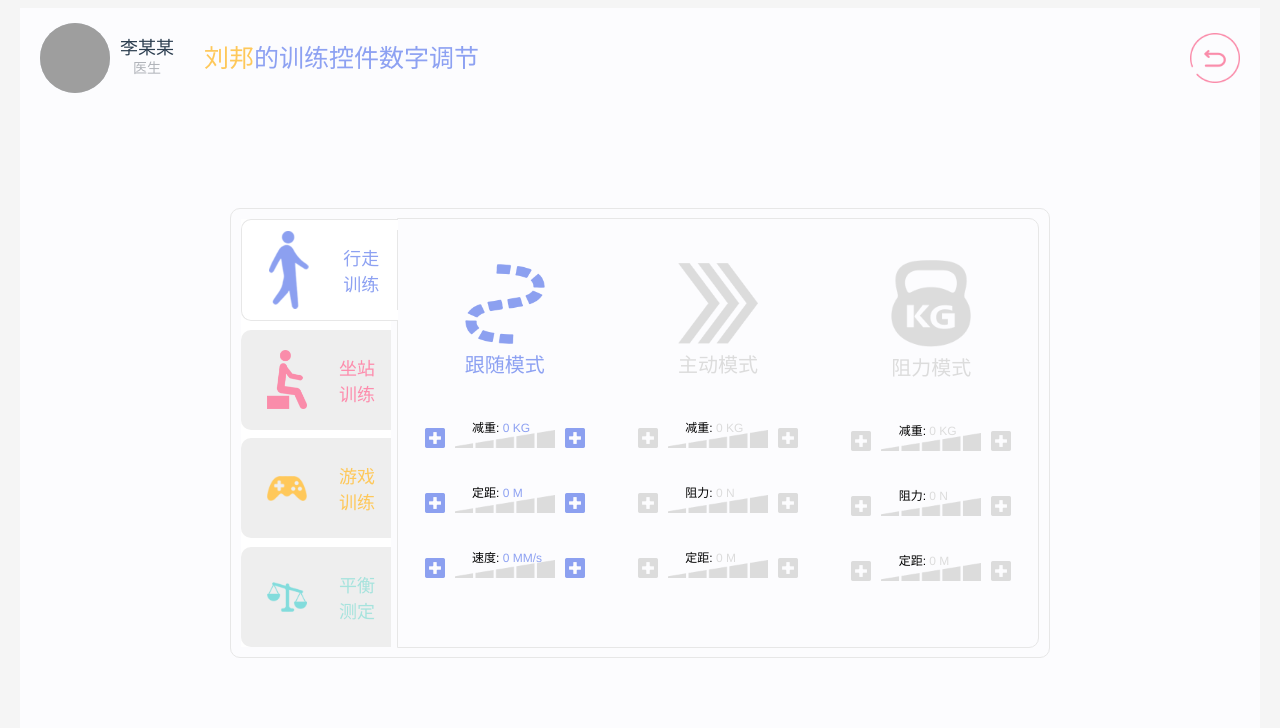
Repository: wangdanqing90/electron-vue-doctor
Page: /#/trainingAdjust
These files come from the project's save history. The page is drawn as it stood at one moment and after the next save; the edit follows.
The browser window is 1280 px wide. The pictures show the whole page.
Pictures or frames that could not be fetched are drawn as grey boxes. The project was rebuilt for these pictures with package versions that can differ from the ones it lists, and the page was loaded fresh each time. Also part of the build but not shown: vue.config.js, src/views/Home.vue, src/assets/styles/variable.scss, src/assets/styles/iconfont.css.

Above is the page before, as saved 2020-01-15 15:26:58.

### public/index.html
<!DOCTYPE html>
<html lang="en">
  <head>
    <meta charset="utf-8">
    <meta http-equiv="X-UA-Compatible" content="IE=edge">
    <meta name="viewport" content="width=device-width,initial-scale=1.0">
    <link rel="icon" href="<%= BASE_URL %>favicon.ico">
    <title>electron-vue-demo</title>
  </head>
  <body>
    <noscript>
      <strong>We're sorry but electron-vue-demo doesn't work properly without JavaScript enabled. Please enable it to continue.</strong>
    </noscript>
    <div id="app"></div>
    <!-- built files will be auto injected -->
  </body>
</html>

### src/App.vue
<template>
  <div id="app">
    <!-- <div id="nav">
      <router-link to="/">Home</router-link> |
      <router-link to="/about">About</router-link>
    </div>-->
    <keep-alive>
      <router-view v-if="$route.meta.keepAlive"></router-view>
    </keep-alive>
    <router-view v-if="!$route.meta.keepAlive"></router-view>
  </div>
</template>

<style lang="scss">
#app {
  font-family: "Avenir", Helvetica, Arial, sans-serif;
  -webkit-font-smoothing: antialiased;
  -moz-osx-font-smoothing: grayscale;
  text-align: center;
  color: #2c3e50;
  height: 100%;
}
#nav {
  padding: 30px;
  a {
    font-weight: bold;
    color: #2c3e50;
    &.router-link-exact-active {
      color: #42b983;
    }
  }
}
</style>

### src/assets/styles/base.scss
html {
  background: #f5f5f5;
  height: 100%;
}

body {
  height: 100%;
}

p {
  margin: 0;
  padding: 0;
}

ol,
ul {
  list-style: none;
  margin: 0;
  padding: 0;
}

a {
  cursor: pointer;
}

.wrap-white {
  background: #fff;
  padding-left: 20px;
  padding-right: 20px;
  overflow: hidden;

}

.el-breadcrumb {
  margin-bottom: 15px;
}

.el-titleText {
  font-size: 20px;
  color: black;
  height: 64px;
  line-height: 64px;
}

//::-webkit-scrollbar {
//  width: 5px;
//  height: 5px;
//}
//
//::-webkit-scrollbar:horizontal {
//  height: 15px;
//}
//
//::-webkit-scrollbar-track-piece:vertical {
//  background-color: rgba(0, 0, 0, 0.2);
//  -webkit-border-radius: 6px;
//}
//
//::-webkit-scrollbar-track:horizontal {
//  background-color: rgba(0, 0, 0, 0.2);
//}
//
//::-webkit-scrollbar-thumb:vertical {
//  height: 5px;
//  background-color: rgba(125, 125, 125, 0.7);
//  -webkit-border-radius: 6px;
//}
//
//::-webkit-scrollbar-thumb:horizontal {
//  width: 5px;
//  background-color: rgba(125, 125, 125, 0.7);
//}

input[type="text"],
input[type="number"] {
  //-webkit-appearance: none;
  background-color: #fff;
  border-radius: 4px;
  border: 1px solid #d8dce5;
  box-sizing: border-box;
  color: #5a5e66;
  display: inline-block;
  font-size: inherit;
  height: 40px;
  line-height: 1;
  outline: 0;
  padding: 0 15px;
  -webkit-transition: border-color .2s cubic-bezier(.645, .045, .355, 1);
  transition: border-color .2s cubic-bezier(.645, .045, .355, 1);
  width: 100%;

  &:hover {
    border-color: #b4bccc;
  }

  &:focus {
    border-color: #409EFF;
    outline: 0;
  }
}

/*滚动条*/
::-webkit-scrollbar {
  -webkit-appearance: none;
}

::-webkit-scrollbar:vertical {
  width: 10px;
}

::-webkit-scrollbar:horizontal {
  height: 10px;
}

::-webkit-scrollbar-thumb {
  background-color: rgba(0, 0, 0, .5);
  border-radius: 10px;
  border: 2px solid #ffffff;
}

::-webkit-scrollbar-track {
  border-radius: 10px;
  background-color: #ffffff;
}

/*margin*/
.margin-bottom-240 {
  margin-bottom: 240px;
}

.margin-top--10 {
  margin-top: -10px;
}

.margin-top--15 {
  margin-top: -15px;
}

.margin-top--18 {
  margin-top: -18px;
}

.margin-top--20 {
  margin-top: -20px;
}

.margin-top--40 {
  margin-top: -40px;
}

.margin-top--60 {
  margin-top: -60px;
}

.margin-top--80 {
  margin-top: -80px;
}

.margin-top--180 {
  margin-top: -180px;
}

.margin-top-0 {
  margin-top: 0px !important;
}

.margin-top-10 {
  margin-top: 10px;
}

.margin-top-15 {
  margin-top: 15px;
}

.margin-top-20 {
  margin-top: 20px;
}

.margin-top-25 {
  margin-top: 25px;
}

.margin-top-30 {
  margin-top: 30px;
}

.margin-top-35 {
  margin-top: 35px;
}

.margin-top-40 {
  margin-top: 40px;
}

.margin-top-46 {
  margin-top: 46px;
}

.margin-top-50 {
  margin-top: 50px;
}

.margin-top-60 {
  margin-top: 60px;
}

.margin-top-70 {
  margin-top: 70px;
}

.margin-top-80 {
  margin-top: 80px;
}

.margin-top-100 {
  margin-top: 100px;
}

.margin-bottom-0 {
  margin-bottom: 0px !important;
}

.margin-bottom-5 {
  margin-bottom: 5px;
}

.margin-bottom-10 {
  margin-bottom: 20px;
}

.margin-bottom-20 {
  margin-bottom: 20px;
}

.margin-bottom-25 {
  margin-bottom: 25px;
}

.margin-bottom-30 {
  margin-bottom: 30px;
}

.margin-bottom-40 {
  margin-bottom: 40px;
}

.margin-bottom-50 {
  margin-bottom: 50px;
}

.margin-bottom-60 {
  margin-bottom: 60px;
}

.margin-bottom-70 {
  margin-bottom: 70px;
}

.margin-left-0 {
  margin-left: 0px !important;
}

.margin-left-5 {
  margin-left: 5px;
}

.margin-left--15 {
  margin-left: -15px;
}

.margin-left--35 {
  margin-left: -35px;
}

.margin-left-10 {
  margin-left: 10px;
}

.margin-left-25 {
  margin-left: 25px;
}

.margin-left-30 {
  margin-left: 30px;
}

.margin-left-40 {
  margin-left: 40px;
}

.margin-right-0 {
  margin-right: 0px;
}

.margin-right-5 {
  margin-right: 5px;
}

.margin-right-10 {
  margin-right: 10px;
}

.margin-right-30 {
  margin-right: 30px;
}


.margin-right--15 {
  margin-right: -15px;
}

.margin-right--35 {
  margin-right: -35px;
}

.margin-right--50 {
  margin-right: -50px;
}

.margin-0 {
  margin: 0px;
}

.padding-top-5 {
  padding-top: 5px;
}

.padding-top-10 {
  padding-top: 10px;
}

.padding-top-15 {
  padding-top: 15px;
}

.padding-top-20 {
  padding-top: 20px;
}

.padding-top-26 {
  padding-top: 26px;
}

.padding-top-30 {
  padding-top: 30px;
}

.padding-top-35 {
  padding-top: 35px;
}

.padding-top-40 {
  padding-top: 40px;
}

.padding-top-60 {
  padding-top: 60px;
}

.padding-top-70 {
  padding-top: 70px;
}

.padding-top-100 {
  padding-top: 100px;
}

.padding-top-150 {
  padding-top: 150px;
}

.padding-top-250 {
  padding-top: 250px;
}

.padding-left-0 {
  padding-left: 0px;
}

.padding-left-5 {
  padding-left: 5px;
}

.padding-left-7 {
  padding-left: 7.5px;
}

.padding-left-10 {
  padding-left: 10px;
}

.padding-left-12 {
  padding-left: 12px;
}

.padding-left-15 {
  padding-left: 15px;
}

.padding-left-20 {
  padding-left: 20px;
}

.padding-left-24 {
  padding-left: 24px;
}

.padding-left-30 {
  padding-left: 30px;
}

.padding-left-40 {
  padding-left: 40px;
}

.padding-left-50 {
  padding-left: 50px;
}

.padding-left-70 {
  padding-left: 70px;
}

.padding-left-90 {
  padding-left: 90px;
}

.padding-bottom-5 {
  padding-bottom: 5px;
}

.padding-bottom-10 {
  padding-bottom: 10px;
}

.padding-bottom-20 {
  padding-bottom: 20px;
}

.padding-bottom-26 {
  padding-bottom: 26px;
}

.padding-bottom-30 {
  padding-bottom: 30px;
}

.padding-bottom-40 {
  padding-bottom: 40px;
}

.padding-bottom-50 {
  padding-bottom: 50px;
}

.padding-bottom-60 {
  padding-bottom: 60px;
}

.padding-bottom-100 {
  padding-bottom: 100px;
}

.padding-right-0 {
  padding-right: 0px;
}

.padding-right-7 {
  padding-right: 7.5px;
}

.padding-right-15 {
  padding-right: 15px;
}

.padding-right-30 {
  padding-right: 30px;
}

.padding-right-40 {
  padding-right: 40px;
}

.padding-right-50 {
  padding-right: 50px;
}

.padding-right-60 {
  padding-right: 60px;
}

.padding-right-90 {
  padding-right: 90px;
}

.padding-0 {
  padding: 0px !important;
}

.padding-15 {
  padding: 15px;
}

.padding-20 {
  padding: 20px;
}

@media (min-width: 992px) {
  .margin-left-15 {
    margin-left: 15px;
  }

  .margin-right-15 {
    margin-right: 15px;
  }
}

body {
  font-size: 12px;
  color: #7F8FA4;
  font-family: "Helvetica Neue", Helvetica, "PingFang SC", "Hiragino Sans GB", "Microsoft YaHei", "微软雅黑", Arial, sans-serif;
  box-sizing: border-box;
}

.container {
  width: 1200px;
  min-height: 100%;
  margin: 0 auto;
  background: #fcfcfe;
  padding: 0 20px;
}

.el-dialog__body {
  font-size: 12px;
}

.pb10 {
  padding-bottom: 10px;
}

.pb30 {
  padding-bottom: 30px;
}

.mb30 {
  margin-bottom: 30px;
}

.toolbar {
  background: #fff;
  padding: 10px;
  margin: 10px 0px;
  text-align: center;
}

.handleMoreWrap .el-dialog__body {
  padding: 10px;
}

.handleMore-title {
  text-align: center;
  padding-bottom: 6px;
}

.handleMoreHeight {
  max-height: 300px;
  overflow: hidden;
  overflow-y: auto;
  border-top: 1px solid #ddd;
  padding-top: 10px;
}

.el-table__header th {
  white-space: nowrap;
  font-size: 12px;
  font-weight: 100;
}

.content-wrapper {
  -webkit-overflow-scrolling: touch;
}

.center {
  text-align: center;
}

.text-right {
  text-align: right;
}

.text-left {
  text-align: left;
}

.f-left {
  float: left;
}

.f-right {
  float: right;
}

.hand {
  cursor: pointer;
}

/*flex兼容*/
.display_flex {
  display: -webkit-box;
  display: -ms-flexbox;
  display: -webkit-flex;
  display: flex;
}

// .display_flex>* {
//   display: block;
// }

.display_inline-flex {
  display: -webkit-inline-box;
  display: -ms-inline-flexbox;
  display: -webkit-inline-flex;
  display: inline-flex;
}

// .display_inline-flex>* {
//   display: block;
// }

/*伸缩流方向*/
.flex-direction_column {
  -webkit-box-orient: vertical;
  -ms-flex-direction: column;
  -webkit-flex-direction: column;
  flex-direction: column;
}

/*主轴对齐*/
.justify-content_flex-center {
  -webkit-box-pack: center;
  -ms-flex-pack: center;
  -webkit-justify-content: center;
  justify-content: center;
}

.justify-content_flex-start {
  -webkit-box-pack: start;
  -ms-flex-pack: start;
  -webkit-justify-content: flex-start;
  justify-content: flex-start;
}

.justify-content_flex-end {
  -webkit-box-pack: end;
  -ms-flex-pack: end;
  -webkit-justify-content: flex-end;
  justify-content: flex-end;
}

.justify-content_flex-justify {
  -webkit-box-pack: justify;
  -ms-flex-pack: justify;
  -webkit-justify-content: space-between;
  justify-content: space-between;
}

.justify-content_flex-around {
  -webkit-box-pack: justify;
  -ms-flex-pack: justify;
  -webkit-justify-content: space-around;
  justify-content: space-around;
}

/*侧轴对齐*/
.align-items_flex-start {
  -webkit-box-align: start;
  -ms-flex-align: start;
  -webkit-align-items: flex-start;
  align-items: flex-start;
}

.align-items_flex-end {
  -webkit-box-align: end;
  -ms-flex-align: end;
  -webkit-align-items: flex-end;
  align-items: flex-end;
}

.align-items_center {
  -webkit-box-align: center;
  -ms-flex-align: center;
  -webkit-align-items: center;
  align-items: center;
}

.align-items_baseline {
  -webkit-box-align: baseline;
  -ms-flex-align: baseline;
  -webkit-align-items: baseline;
  align-items: baseline;
}

/*伸缩性*/
.flex_auto {
  -webkit-box-flex: 1;
  -ms-flex: auto;
  -webkit-flex: auto;
  flex: auto;
}

.flex_1 {
  width: 0;
  -webkit-box-flex: 1;
  -ms-flex: 1;
  -webkit-flex: 1;
  flex: 1;
}

/*显示顺序*/
.order_2 {
  -webkit-box-ordinal-group: 2;
  -ms-flex-order: 2;
  -webkit-order: 2;
  order: 2;
}

.order_3 {
  -webkit-box-ordinal-group: 3;
  -ms-flex-order: 3;
  -webkit-order: 3;
  order: 3;
}

### src/assets/styles/common.scss
.clearfix {

  &::after {
    display: block;
    height: 0;
    content: ".";
    clear: both;
    visibility: hidden;
  }
}

.float-left {
  float: left;
}

.float-right {
  float: right;
}

.align-left {
  text-align: left;
}

.align-right {
  text-align: right;
}

.small-size {
  font-size: 12px !important;
}

.large-size {
  font-size: 16px !important;
}

.New-elFrom {
  padding: 10px;
  background: #fff;

  .el-form-item {
    margin-bottom: 0;
  }

  .el-form-item__label {
    padding: 0;
    line-height: 30px;
    font-size: 12px;
    color: #7F8FA4;

  }

  .el-form-item__content-btn {
    text-align: center;
    padding: 20px 0 10px;
  }

  .el-select {
    display: block;
  }

  .el-date-editor.el-input,
  .el-input-number--medium {
    width: 100%;
  }
}

.el-radio-group {
  display: flex;
  display: -webkit-flex;
}

.el-radio-group .el-radio-button {
  flex: 1;
}



.el-button.purple,
.el-button.purple:active,
.el-button.purple:focus,
.el-button.purple:hover {
  color: white;
  background-color: #8c69e7;
  border: none;
  box-shadow: 0 2px 12px 0 rgba(240, 240, 240, 0.1)
}



.el-dialog {
  border-radius: 10px;

  .el-dialog__body {
    .purple {
      color: $purpleFontColor;
      font-size: 20px;
    }
  }
}

.el-form-item__label {
  color: $purpleFontColor;
}

.el-message-box .el-message-box__content {
  color: $purpleFontColor;
  font-size: 20px;
  margin: 30px 0;
  text-align: center;
}

.purpleFontColor {
  color: $purpleFontColor;
}

.pinkFontColor {
  color: $pinkFontColor;
}

.greenFontColor {
  color: $greenFontColor;
}

.yellowFontColor {
  color: $yellowFontColor;
}

### src/views/TrainingAdjust/TrainingAdjust.vue
<template>
  <div class="container">
    <HeaderDoctor :leftImg="leftImg" :title="title" :titleName="titleName">
      <template v-slot:right>
        <div class="header-right-div display_flex justify-content_flex-center align-items_center">
          <img src="@/../images/back.png" @click="backClick" />
        </div>
      </template>
    </HeaderDoctor>

    <div class="inform-container">
      <div class="inform-inner display_flex justify-content_flex-justify align-items_center">
        <div
          class="left display_inline-flex flex-direction_column justify-content_flex-justify align-items_center"
        >
          <div
            class="left-inner"
            :class="activeClass == index ? 'active':''"
            v-for="(item,index) in tagList"
            :key="index"
            @click="getItem(index)"
          >
            <div
              class="left-inner-inner display_flex justify-content_flex-around align-items_center"
            >
              <img :src="item.imgsrc" />
              <div :class="item.colorClass">
                <div>{{item.name}}</div>
                <div>{{item.namebottom}}</div>
              </div>
            </div>
          </div>
        </div>
        <div class="right display_flex justify-content_flex-justify align-items_center">
          <AdjustContiner :type="1" :disable="activeRight!=1" @selectRightClick="selectRightClick"></AdjustContiner>
          <AdjustContiner :type="2" :disable="activeRight!=2" @selectRightClick="selectRightClick"></AdjustContiner>
          <AdjustContiner :type="3" :disable="activeRight!=3" @selectRightClick="selectRightClick"></AdjustContiner>
        </div>
      </div>
    </div>
  </div>
</template>

<script>
import HeaderDoctor from "@/components/HeaderDoctor/HeaderDoctor.vue";
import AdjustContiner from "@/components/Adjust/AdjustContiner.vue";

export default {
  name: "trainingPlan",
  components: {
    HeaderDoctor,
    AdjustContiner
  },

  data() {
    return {
      leftImg: "",
      activeClass: 0,
      activeRight: 1,
      tagList: [
        {
          name: "行走",
          namebottom: "训练",
          id: 1,
          imgsrc: require("@/../images/walkingtraining.png"),
          colorClass: "purpleFontColor"
        },
        {
          name: "坐站",
          namebottom: "训练",
          id: 2,
          imgsrc: require("@/../images/stationtraining.png"),
          colorClass: "pinkFontColor"
        },
        {
          name: "游戏",
          namebottom: "训练",
          id: 3,
          imgsrc: require("@/../images/gametraining.png"),
          colorClass: "yellowFontColor"
        },
        {
          name: "平衡",
          namebottom: "测定",
          id: 4,
          imgsrc: require("@/../images/balancedetermination.png"),
          colorClass: "greenFontColor"
        }
      ]
    };
  },
  created() {
    this.leftImg = require("../../../images/logo.png");
    this.title = "的训练控件数字调节";
    this.titleName = "刘邦";
  },
  methods: {
    backClick() {
      this.$router.go(-1);
    },
    getItem(index) {
      this.activeClass = index; // 把当前点击元素的index，赋值给activeClass
    },
    selectRightClick(index) {
      this.activeRight = index;
    }
  },
  watch: {}
};
</script>

<style scoped lang="scss">
.header {
  .header-right {
    img {
      width: 50px;
      margin-left: 20px;
    }
  }
}
.inform-container {
  box-sizing: border-box;
  margin: 100px auto;
  height: 450px;
  font-size: 12px;
  border-radius: 10px;
  border: 1px solid #e7e7e7;
  width: 820px;

  .inform-inner {
    box-sizing: border-box;
    padding: 10px;
    height: 100%;
    font-size: 18px;
    .left {
      width: 150px;
      background: white;
      height: 100%;
      z-index: 10;
      .left-inner {
        width: 100%;
        border-radius: 10px 0 0 10px;
        background: #eeeeee;
        .left-inner-inner {
          height: 80px;
          margin: 10px 0 10px 10px;
        }
        img {
          width: 40px;
        }
      }
      .active {
        background: white;
        border-top: 1px solid #e7e7e7;
        border-left: 1px solid #e7e7e7;
        border-bottom: 1px solid #e7e7e7;
        width: 156px;
        margin-right: -6px;
        .left-inner-inner {
          border-right: 1px solid #e7e7e7;
        }
      }
    }
    .right {
      width: 640px;
      height: 100%;
      border-top: 1px solid #e7e7e7;
      border-right: 1px solid #e7e7e7;
      border-bottom: 1px solid #e7e7e7;
      border-left: 1px solid #e7e7e7;
      border-radius: 0 10px 10px 0;
      color: #dcdcdc;
    }
  }
}
</style>

### src/components/HeaderDoctor/HeaderDoctor.vue
// 头部组件
<template>
  <el-row>
    <el-col :span="24" class="header">
      <div
        @click="jumpDoctorInform"
        class="header-left f-left display_flex justify-content_flex-center align-items_center"
      >
        <el-avatar
          :size="70"
          src="https://cube.elemecdn.com/0/88/03b0d39583f48206768a7534e55bcpng.png"
        ></el-avatar>
        <div
          class="display_flex flex-direction_column justify-content_flex-center align-items_center margin-left-10"
        >
          <div class="name">李某某</div>
          <div class="job">医生</div>
        </div>
      </div>
      <div class="header-middle-name f-left">{{titleName}}</div>
      <div class="header-middle f-left">{{title}}</div>

      <div class="header-right f-right">
        <slot name="right"></slot>
      </div>
    </el-col>
  </el-row>
</template>

<script>
export default {
  name: "HeaderDoctor",
  props: {
    msg: String,
    leftImg: {
      type: String,
      default: "../../../images/logo.png"
    },
    title: { String, default: "" },
    titleName: { String, default: "" }
  },

  data() {
    return {};
  },

  created() {},
  beforeDestroy() {},
  beforeMount() {},
  mounted() {},
  destroyed() {},
  methods: {
    jumpDoctorInform() {
      this.$router.push({
        path: "/detailInform",
        name: "detailInform",
        query: { type: "doctor" }
      });
    }
  }
};
</script>

<style scoped lang="scss">
.header {
  height: 100px;
  line-height: 100px;
  .header-left {
    height: 100%;
    text-align: left;
    margin-right: 30px;
    img {
      width: 150px;
    }
    .name {
      height: 20px;
      line-height: 20px;
      font-size: 18px;
    }
    .job {
      height: 20px;
      line-height: 20px;
      font-size: 14px;
      color: #b0b3b9;
    }
  }
  .header-middle-name {
    font-size: 25px;

    color: $yellowFontColor;
  }
  .header-middle {
    font-size: 25px;

    color: $purpleFontColor;
  }
  .header-right {
    height: 100%;
  }
}

::v-deep .header-right-div {
  height: 100%;
}
</style>

### src/components/Adjust/AdjustContiner.vue
// 调节组件
<template>
  <div class="adjust-container" :class="disable?'':config.fontColor">
    <div class="top" @click="selectClick()">
      <img :src="disable==true?config.imgsrcGray:config.imgsrc" />
      <div>{{config.title}}</div>
    </div>

    <!-- 下面的加减按钮 -->
    <div class="bottom">
      <Adjust
        v-for="(item,index) in config.adjusts"
        :key="index"
        :disable="disable"
        :adjust="config.adjusts[index]"
        :fontColor="config.fontColor"
      ></Adjust>
    </div>
  </div>
</template>

<script>
import Adjust from "@/components/Adjust/Adjust.vue";
export default {
  name: "AdjustContiner",
  components: {
    Adjust
  },
  props: {
    type: {
      type: Number,
      default: 0
    },
    disable: {
      type: Boolean,
      default: true
    }
  },

  data() {
    return {
      config: {}
    };
  },

  created() {
    console.log(this.type + "   " + this.disable);
    if (this.type === 1) {
      this.config = {
        title: "跟随模式",
        imgsrc: require("@/../images/followmode_1.png"),
        imgsrcGray: require("@/../images/followmode_2.png"),
        width: "120px",
        fontColor: "purpleFontColor",
        adjusts: [
          {
            name: "减重",
            step: 10,
            total: 0,
            unit: "KG"
          },
          {
            name: "定距",
            step: 70,
            total: 0,
            unit: "M"
          },
          {
            name: "速度",
            step: 20,
            total: 0,
            unit: "MM/s"
          }
        ]
      };
    } else if (this.type === 2) {
      this.config = {
        title: "主动模式",
        imgsrc: require("@/../images/activemode_1.png"),
        imgsrcGray: require("@/../images/activemode_2.png"),
        width: "120px",
        fontColor: "purpleFontColor",
        adjusts: [
          {
            name: "减重",
            step: 10,
            total: 0,
            unit: "KG"
          },
          {
            name: "阻力",
            step: 6,
            total: 0,
            unit: "N"
          },
          {
            name: "定距",
            step: 20,
            total: 0,
            unit: "M"
          }
        ]
      };
    } else if (this.type === 3) {
      this.config = {
        title: "阻力模式",
        imgsrc: require("@/../images/resistancemode_1.png"),
        imgsrcGray: require("@/../images/resistancemode_2.png"),
        width: "120px",
        fontColor: "purpleFontColor",
        adjusts: [
          {
            name: "减重",
            step: 10,
            total: 0,
            unit: "KG"
          },
          {
            name: "阻力",
            step: 6,
            total: 0,
            unit: "N"
          },
          {
            name: "定距",
            step: 20,
            total: 0,
            unit: "M"
          }
        ]
      };
    }
  },

  methods: {
    selectClick() {
      if (!this.disable) return;
      this.$emit("selectRightClick", this.type);
    }
  }
};
</script>

<style scoped lang="scss">
.adjust-container {
  width: 210px;
  padding: 20px 20px;
  .top {
    padding: 0 0 30px 0;
    font-size: 20px;
    img {
      width: 80px;
    }
  }
}
</style>

### src/components/Adjust/Adjust.vue
// 调节组件
<template>
  <div class="adjust">
    <img class="adjustLeft" :src="this.disable?this.addDisableImg:this.addImg" @click="reduceClick" />
    <img class="adjustMiddle" :src="this.imgArry[0]" />
    <img class="adjustRight" :src="this.disable?this.addDisableImg:this.addImg" @click="addClick" />
    <div class="inform">
      <span>{{adjust.name}}:</span>
      {{adjust.total*this.adjust.step}} {{adjust.unit}}
    </div>
  </div>
</template>

<script>
export default {
  name: "Adjust",
  props: {
    adjust: {
      type: Object,
      default: () => {}
    },
    fontColor: {
      type: String,
      default: "purpleFontColor"
    },
    disable: {
      type: Boolean,
      default: false
    }
  },

  data() {
    return {
      addDisableImg: require("@/../images/add_3.png"),
      addImg: "",
      imgArry: []
    };
  },

  created() {
    console.log(this.adjust);
    if (this.fontColor == "purpleFontColor") {
      this.addImg = require("@/../images/add_1.png");
      this.imgArry = [
        require("@/../images/blue_0.png"),
        require("@/../images/blue_1.png"),
        require("@/../images/blue_2.png"),
        require("@/../images/blue_3.png"),
        require("@/../images/blue_4.png"),
        require("@/../images/blue_5.png")
      ];
    }
  },
  methods: {
    reduceClick() {
      if (this.disable || this.adjust.total <= 0) return;
      this.adjust.total--;
      console.log(this.adjust.total);
    },
    addClick() {
      if (this.disable || this.adjust.total >= 5) return;
      this.adjust.total++;
      console.log(this.adjust.total);
    }
  }
};
</script>

<style scoped lang="scss">
.adjust {
  position: relative;
  padding: 20px 0;
  .adjustLeft,
  .adjustRight {
    width: 20px;
  }
  .adjustMiddle {
    width: 100px;
    margin: 0 10px;
  }
  .inform {
    font-size: 12px;
    position: absolute;
    top: 10px;
    left: 54px;
    span {
      color: black;
    }
  }
}
</style>

Loaded but not shown: src/store.js (common file); src/router.js (99 lines, source omitted); src/main.js (32 lines, source omitted); src/assets/js/common.js (22 lines, source omitted)

After the next save:
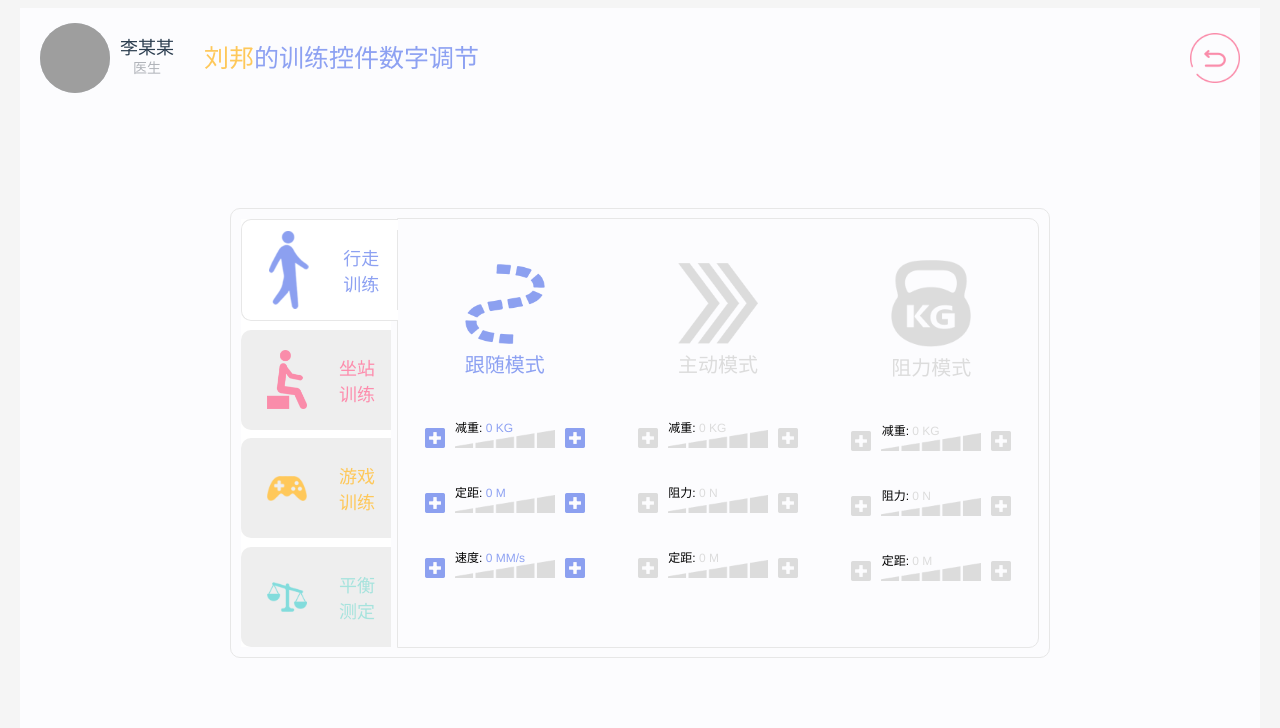
Saved 110 s later.
--- a/src/components/Adjust/Adjust.vue
+++ b/src/components/Adjust/Adjust.vue
@@ -82,7 +82,7 @@ export default {
     font-size: 12px;
     position: absolute;
     top: 10px;
-    left: 54px;
+    left: 37px;
     span {
       color: black;
     }
